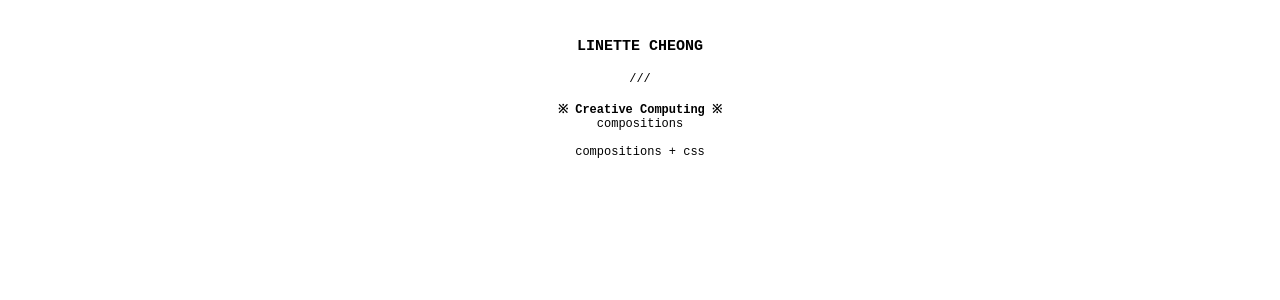
Repository: Nnetterz/Nnetterz.github.io
Page: index.html
The author's editor kept a record of every edit. The page is drawn from the files as they stood at one moment, then again after the next edit.
The browser window is 1280 px wide. The pictures show the whole page.

Above is the page before.

### index.html
<!DOCTYPE html>
<html>
    <head>
        <title>Creative Computing</title>
        <link href="style.css" rel="stylesheet">
    </head>
    <body>
    <div class="headerone">
        <b>Linette Cheong</b><br><br></div>
    <div class="midheader">
        ///<br><br></div>
    <div class="headertwo">
       <b>&#8251; Creative Computing &#8251;</b>
    </div>


    <div class="content">
        <a href="type1/index1.html">compositions</a><br><br>
        <a href="type2/index1.html">compositions + css</a><br><br>

     </div>





    </body>
</html>

### style.css
body {
    background-color: White;
    font-size: 12px;
    font-family: 'Andale Mono', AndaleMono, monospace;
    text-align: center;

}

.headerone {
    padding-top: 30px;
    text-transform: uppercase;
    font-size: 15px;
}

.content {
 font-family: 'Andale Mono', AndaleMono, monospace, black;


}

.one:hover {
    background-color: black;
}

a:link {
    color: black;
    text-decoration: none;
}

a:hover {
    color: #d3d3d3;
}

After the next edit:
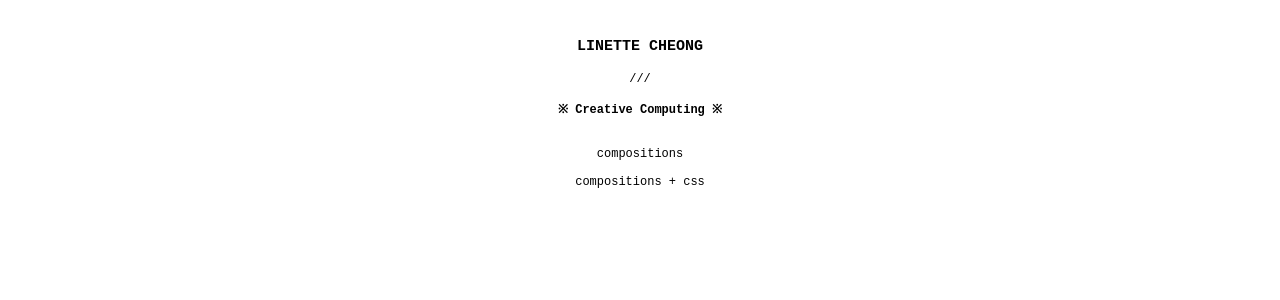
The edit:
--- a/style.css
+++ b/style.css
@@ -13,9 +13,8 @@
 }
 
 .content {
- font-family: 'Andale Mono', AndaleMono, monospace, black;
-
-
+     padding-top: 30px;
+     font-family: 'Andale Mono', AndaleMono, monospace, black;
 }
 
 .one:hover {
